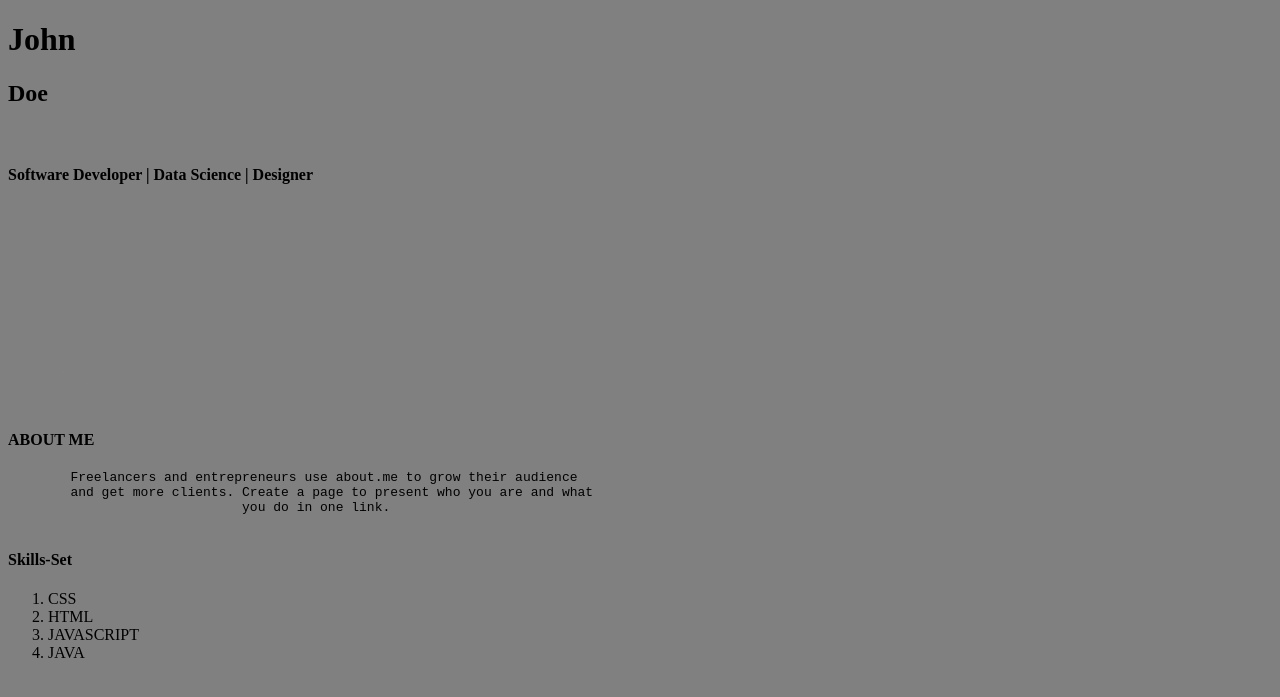
Repository: mrjayajay/week-1-code-challenges
Page: assignment/index.html
These files come from the project's save history. The page is drawn as it stood at one moment and after the next save; the edit follows.
The browser window is 1280 px wide. The pictures show the whole page.

Above is the page before, as saved 2024-03-10 17:04:01.

After the next save:
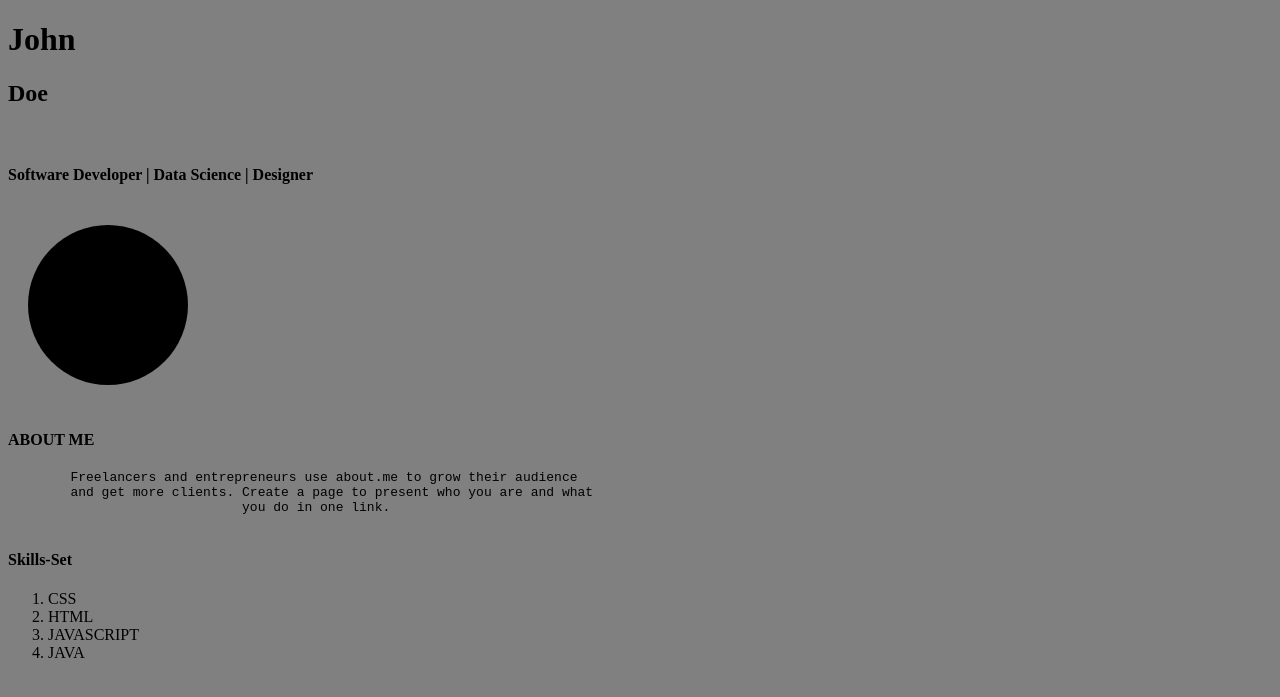
Saved 55 s later.
--- a/assignment/index.html
+++ b/assignment/index.html
@@ -13,7 +13,7 @@
     <h4>Software Developer | Data Science | Designer</h4>
      <div id="circ" class="list">
     <svg width="200" height="200">
-    <circle cx="100" cy="100" r="80" fill="grey" stroke="black" stroke-width="0"/></svg>
+    <circle cx="100" cy="100" r="80" fill="" stroke="black" stroke-width="0"/></svg>
 
     </div>
     <h4 text-align="centre">ABOUT ME</h4>

After the save that followed:
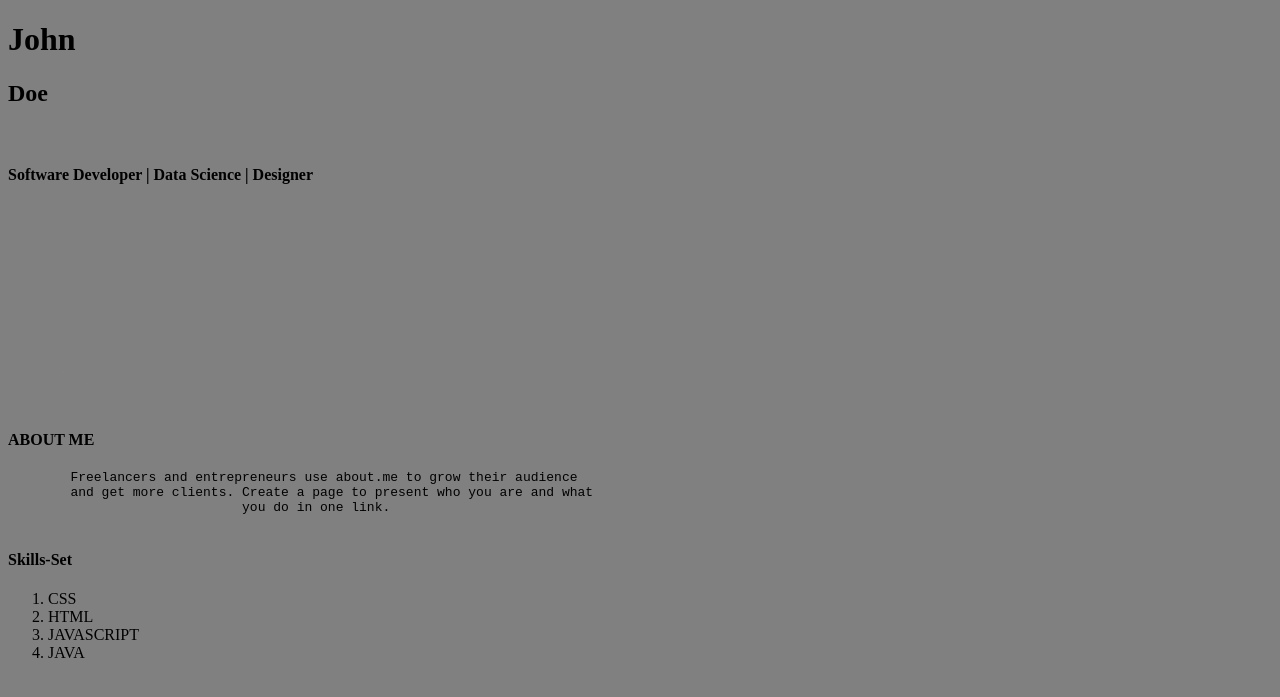
Saved 12 s later.
--- a/assignment/index.html
+++ b/assignment/index.html
@@ -13,7 +13,7 @@
     <h4>Software Developer | Data Science | Designer</h4>
      <div id="circ" class="list">
     <svg width="200" height="200">
-    <circle cx="100" cy="100" r="80" fill="" stroke="black" stroke-width="0"/></svg>
+    <circle cx="100" cy="100" r="80" fill="GREY" stroke="black" stroke-width="0"/></svg>
 
     </div>
     <h4 text-align="centre">ABOUT ME</h4>
